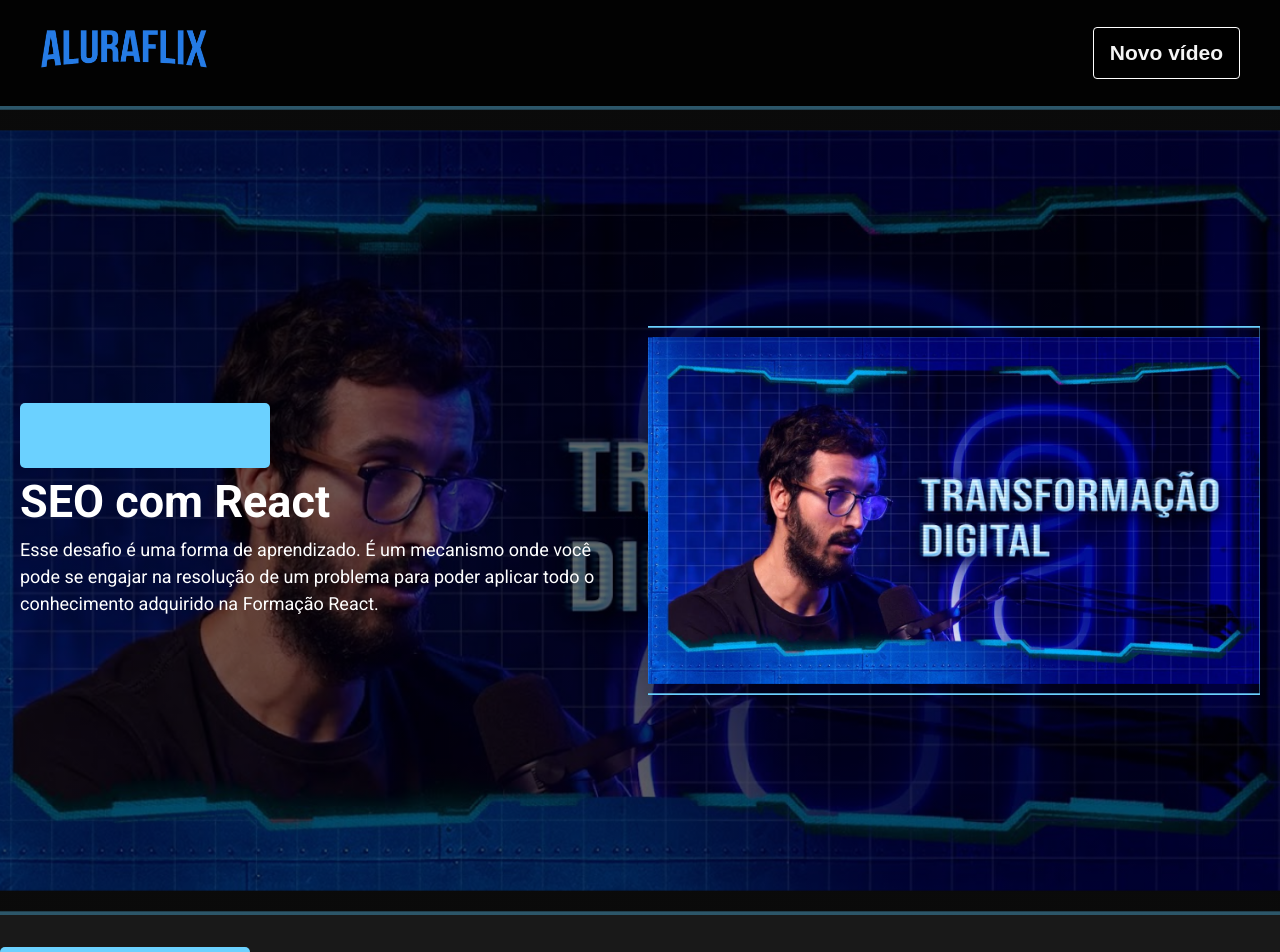
Repository: CarlosEduardoVdeOliveira/aluraflix
Page: /
These files come from the project's save history. The page is drawn as it stood at one moment and after the next save; the edit follows.
The browser window is 1280 px wide. The pictures show the part of the page from y = 0 to 952 px (the page is 3438 px tall before and 720 px after).
The project was rebuilt for these pictures with package versions that can differ from the ones it lists, and the page was loaded fresh each time. Also part of the build but not shown: vite.config.js, src/components/Input/Input.module.css, src/components/Input/index.jsx, src/components/TextArea/TextArea.module.css, src/components/TextArea/index.jsx, src/pages/RegisterVideo/Register.module.css, src/pages/RegisterVideo/index.jsx, src/components/Table/Table.module.css and 3 more.

Above is the page before, as saved 2023-09-26 10:39:18.

After the next save:
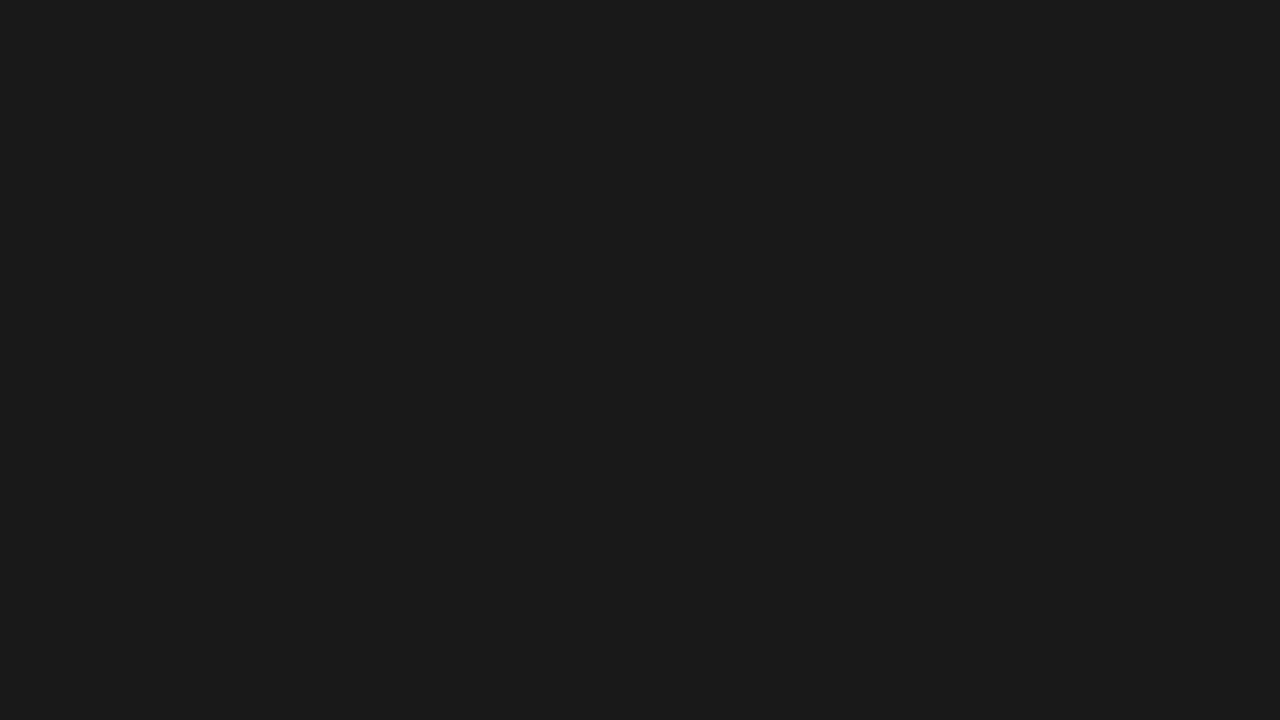
Console error (its wording comes from the project's code and is left out).
Saved 54 s later.
--- a/src/components/Banner/index.jsx
+++ b/src/components/Banner/index.jsx
@@ -15,7 +15,7 @@
               bgColor="#6BD1FF"
               color="#f5f5f5"
             >
-             {videos.map(video=> console.log(video.category))}
+             {videos.slice(1)}
             </TitleCategory>
             <h5 >
               SEO com React

After the save that followed:
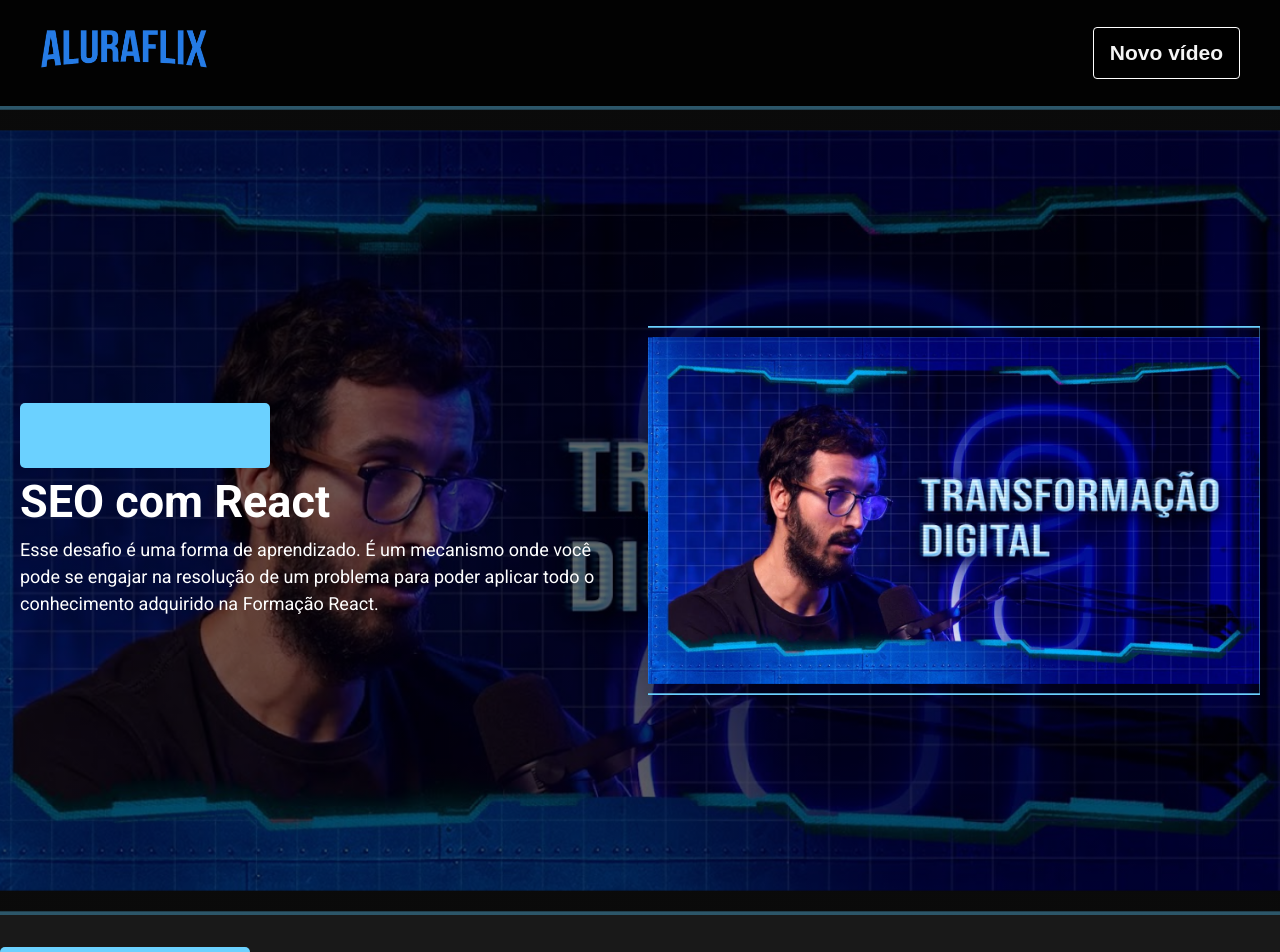
The error is gone.
Saved 9 s later.
--- a/src/components/Banner/index.jsx
+++ b/src/components/Banner/index.jsx
@@ -15,7 +15,7 @@
               bgColor="#6BD1FF"
               color="#f5f5f5"
             >
-             {videos.slice(1)}
+             {videos.splice(1)}
             </TitleCategory>
             <h5 >
               SEO com React
